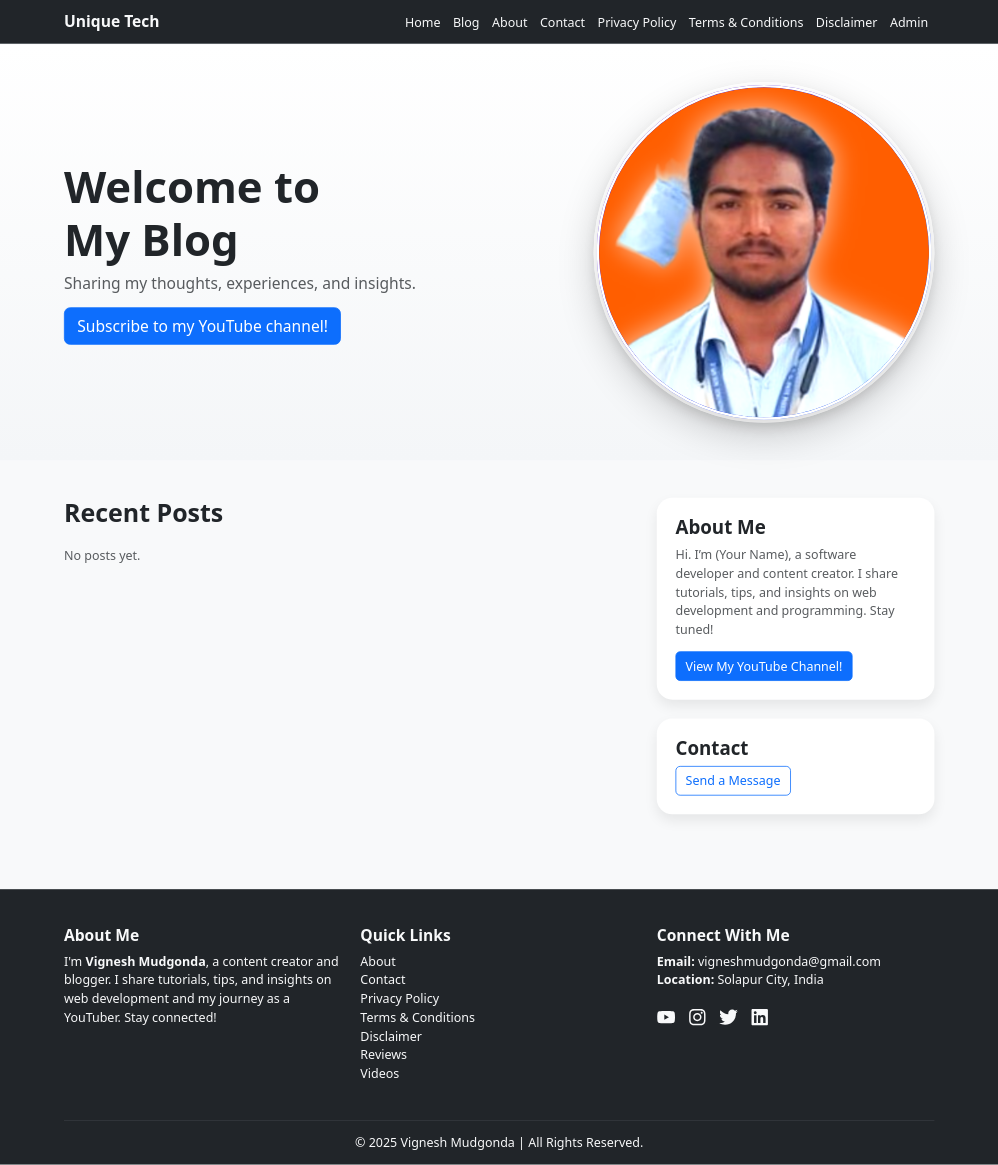
Repository: vigneshmudgonda/Blog2
Page: / (app in blog-frontend-full/)
An editor plug-in stored every save of this project. The page is shown before and after the next save, followed by the edit.
The browser window is 1280 px wide. The pictures show the whole page, at 78% of full size.
The page's requests for data from a server got no answer. The project was rebuilt for these pictures with package versions that can differ from the ones it lists, and the page was loaded fresh each time. No one was signed in, and anything a server would have sent is missing. Also part of the build but not shown: blog-frontend-full/src/pages/BlogList.js, blog-frontend-full/src/pages/BlogDetail.js, blog-frontend-full/src/pages/Reviews.js, blog-frontend-full/src/pages/Contact.js, blog-frontend-full/src/pages/About.js, blog-frontend-full/src/pages/AdminLogin.js, blog-frontend-full/src/pages/AdminDashboard.js, blog-frontend-full/src/pages/YoutubeVideos.js and 2 more.

Above is the page before, as saved 2025-08-22 20:06:52.

After the next save:
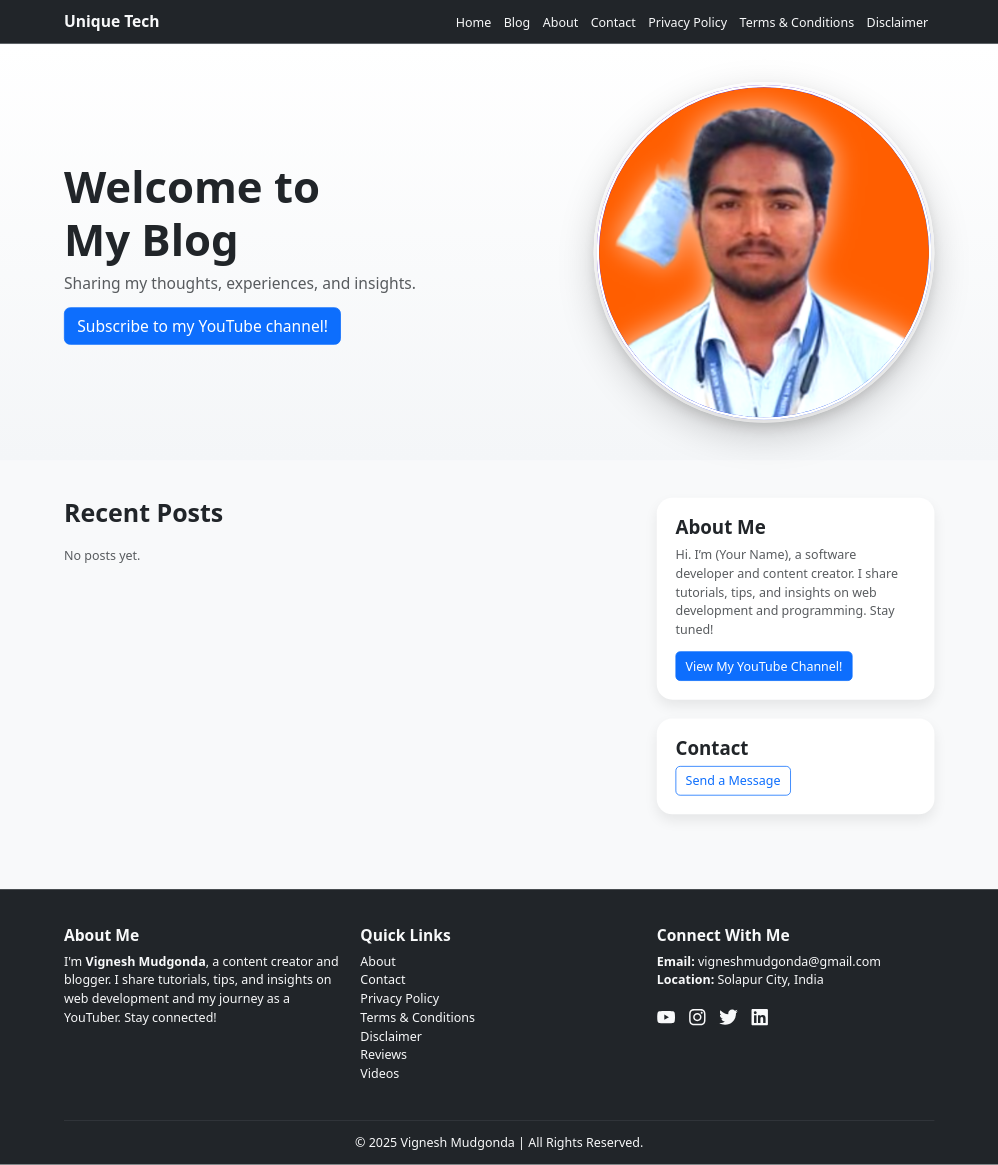
Saved 15 s later.
--- a/blog-frontend-full/src/components/Navbar.js
+++ b/blog-frontend-full/src/components/Navbar.js
@@ -20,7 +20,6 @@ export default function Navbar(){
                   <li className="nav-item"><NavLink className="nav-link text-light " to="/terms">Terms & Conditions</NavLink></li>
                   <li className="nav-item"><NavLink className="nav-link text-light " to="/disclaimer">Disclaimer</NavLink></li>
 
-            <li className="nav-item"><NavLink className="nav-link text-light " to="/login">Admin</NavLink></li>
           </ul>
         </div>
       </div>
